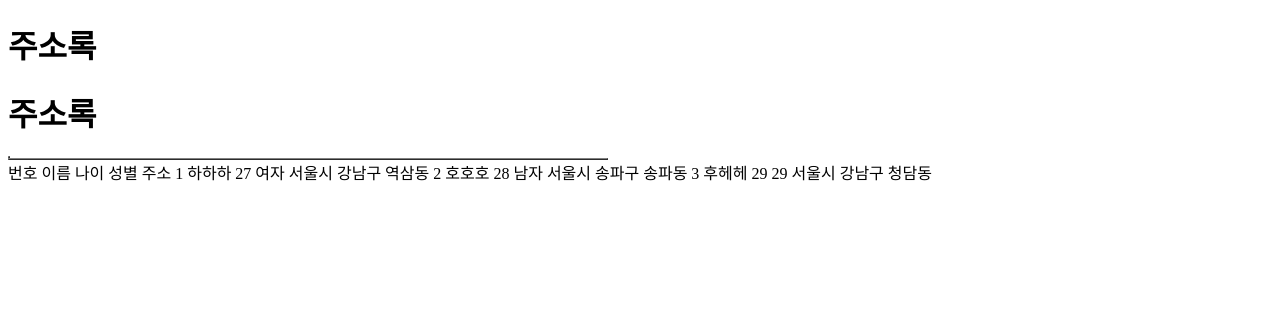
Repository: seula123/Front-End
Page: ClientTest/src/main/webapp/html/ex16_table.html
An editor plug-in stored every save of this project. The page is shown before and after the next save, followed by the edit.
The browser window is 1280 px wide. The pictures show the whole page.

Above is the page before, as saved 2023-09-21 01:02:01.

After the next save:
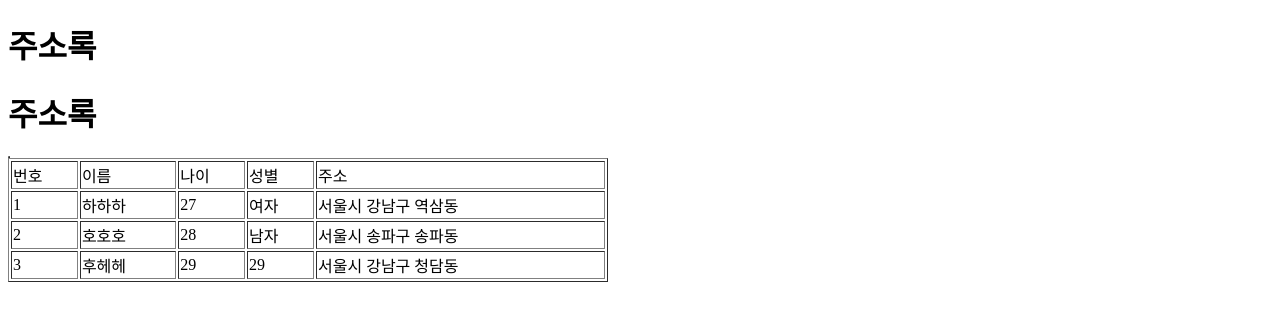
Saved 19 s later.
--- a/ClientTest/src/main/webapp/html/ex16_table.html
+++ b/ClientTest/src/main/webapp/html/ex16_table.html
@@ -23,7 +23,7 @@
 
 		<table border ="1">
 		<h1> 주소록 </h1>
-		<table border = "1" width ="600"></table>
+		<table border = "1" width ="600">
 		<!--  테이블 헤더 -->
 		<tr>
 			<td> 번호 </td>
@@ -60,6 +60,7 @@
 
 
 
+
 		</table>
 </body>
 </html>
